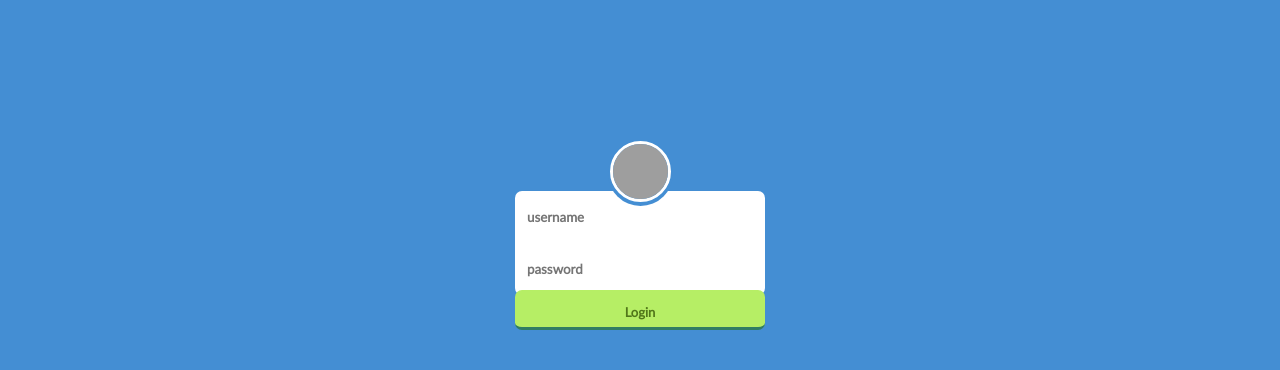
Repository: Naokiyuy/DigitalHum
Page: http://localhost/digital/backend/login.jsp
The author's editor kept a copy of each file at every save. The page is drawn from the files as they stood at one save, then again after the next save.
The browser window is 1280 px wide. The pictures show the whole page.
Pictures or frames that could not be fetched are drawn as grey boxes. The page is served by Tomcat 9. Nobody is signed in. The application's start-up code is not run. Other server files are loaded and not shown.

Above is the page before, as saved 2015-03-23 19:09:53.

### digital/src/main/webapp/backend/login.jsp
<%@ page language="java" contentType="text/html; charset=UTF-8" pageEncoding="UTF-8"%>
<%@taglib prefix="c" uri="http://java.sun.com/jsp/jstl/core"%>
<!DOCTYPE html PUBLIC "-//W3C//DTD HTML 4.01 Transitional//EN" "http://www.w3.org/TR/html4/loose.dtd">
<html>
<head>
<style type="text/css">
@font-face {
  font-family: 'Lato';
  font-style: normal;
  font-weight: 400;
  src: local('Lato Regular'), local('Lato-Regular'), url(http://themes.googleusercontent.com/static/fonts/lato/v7/qIIYRU-oROkIk8vfvxw6QvesZW2xOQ-xsNqO47m55DA.woff) format('woff');
}

body {
	background: #448ed3 ;
	font-family: "Lato" ;
}
.wrap {
	width:250px;
	height: auto;
	margin: auto;
	margin-top: 10%;
}
.avatar {
	width: 100%;
	margin: auto;
	width: 65px;
	border-radius: 100px;
	height: 65px;
	background: #448ed3 ;
	position: relative;
	bottom: -15px;
}
.avatar img {
	width: 55px;
	height: 55px;
	border-radius: 100px;
	margin: auto;
	border:3px solid #fff;
	display: block;
}
.wrap input {
	border: none;
	background: #fff;
  font-family:Lato ;
  font-weight:700 ;
	display: block;
	height: 40px;
	outline: none;
	width: calc(100% - 24px) ;
	margin: auto;
	padding: 6px 12px 6px 12px;
}
.bar {
	width: 100%;
	height: 1px;
	background: #fff ;
}
.bar i {
	width: 95%;
	margin: auto;
	height: 1px ;
	display: block;
	background: #d1d1d1;
}
.wrap input[type="text"] {
	border-radius: 7px 7px 0px 0px ;
}
.wrap input[type="password"] {
	border-radius: 0px 0px 7px 7px ;
}
.forgot_link {
	color: #83afdf ;
	color: #83afdf;
	text-decoration: none;
	font-size: 11px;
	position: relative;
	left: 193px;
	top: -36px;
}
.wrap input[type="submit"] {
	width: 100%;
	border-radius: 7px;
	background: #b6ee65;
	text-decoration: center;
	border: none;
	color: #51771a;
  margin-top:-5px;
	padding-top: 14px;
	padding-bottom: 14px;
	outline: none;
	font-size: 13px;
	border-bottom: 3px solid #307d63;
	cursor: pointer;
}
</style>
</head>
<body>

	<div class="wrap">
		<div class="avatar">
			<img src="http://cdn.ialireza.me/avatar.png" alt=""/>
		</div>
		<form method="post" action="/backend/j_spring_security_check">
			<input name="j_username" type="text" placeholder="username" required/>
			<input name="j_password" type="password" placeholder="password" required/>
			<input value="Login" type="submit" />
		</form>
	</div>


	<br />
	<c:if test="${param.status=='error'}">
		<label style="color:red">Invalid username or password!!</label>
	</c:if>
	<c:if test="${param.status=='logout'}">
		<label style="color:green">Logged out successfully!</label>
	</c:if>
</body>
</html>

After the next save:
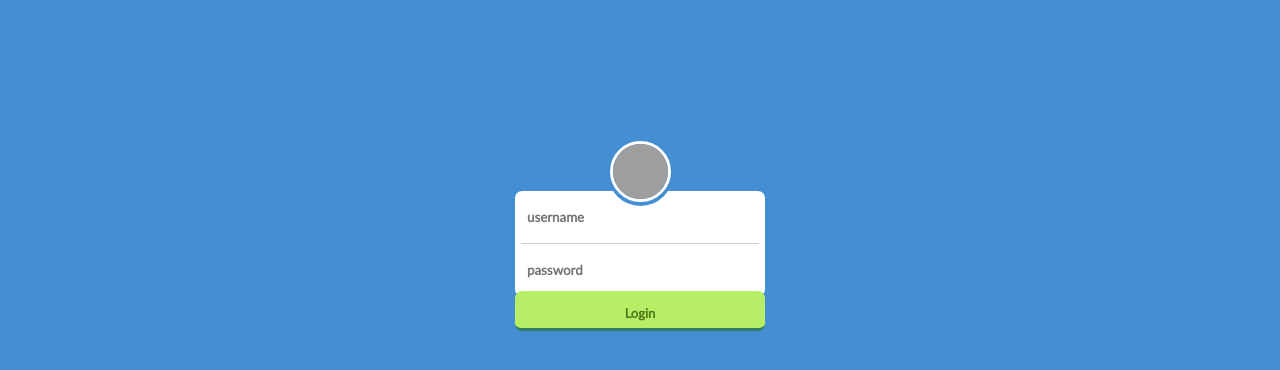
Saved 29 s later.
--- a/digital/src/main/webapp/backend/login.jsp
+++ b/digital/src/main/webapp/backend/login.jsp
@@ -103,6 +103,9 @@ body {
 		</div>
 		<form method="post" action="/backend/j_spring_security_check">
 			<input name="j_username" type="text" placeholder="username" required/>
+			<div class="bar">
+				<i></i>
+			</div>
 			<input name="j_password" type="password" placeholder="password" required/>
 			<input value="Login" type="submit" />
 		</form>
